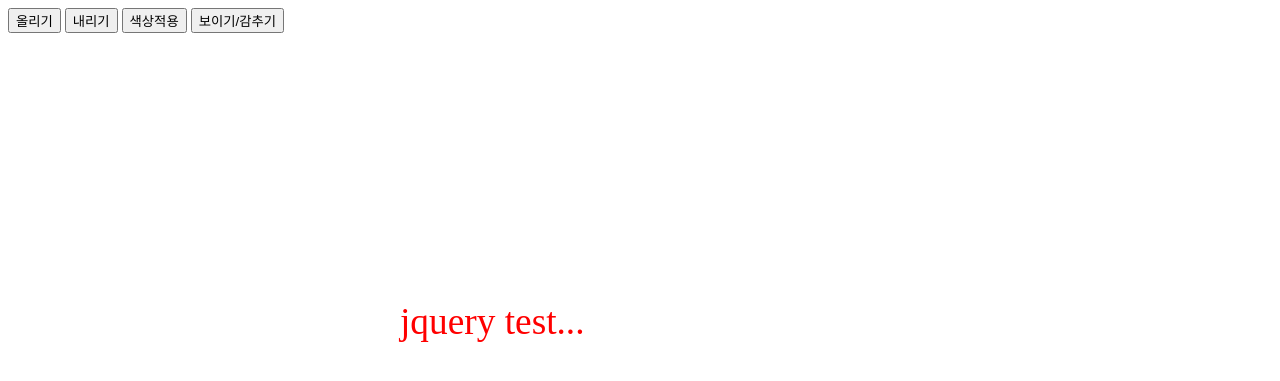
Repository: snowcuphea/webwork_class
Page: clientweb/WebContent/jquery/jquery_effect_test03.html
These files come from the project's save history. The page is drawn as it stood at one moment and after the next save; the edit follows.
The browser window is 1280 px wide. The pictures show the whole page.
After loading, the first visible `#move_down` was clicked once.

Above is the page before, as saved 2020-01-13 06:27:12.

After the next save:
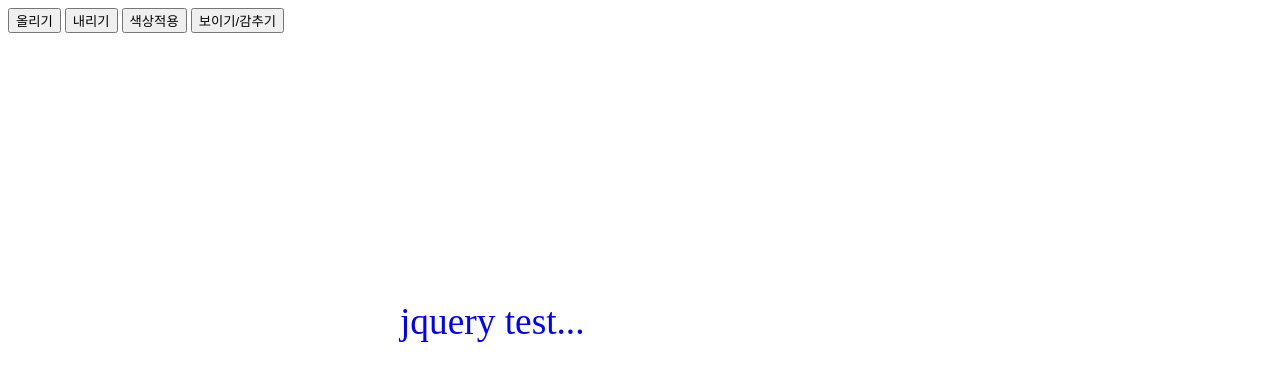
Saved 4 min 21 s later.
--- a/clientweb/WebContent/jquery/jquery_effect_test03.html
+++ b/clientweb/WebContent/jquery/jquery_effect_test03.html
@@ -26,8 +26,19 @@
 			$("#move_down").click(function(){
 				$("#mydiv").animate({top:300},200);
 			});
+			//여러개를 할 때 json의 형태 {} 로
+			$("#move_down").on({"click":function(){
+							$("#mydiv").css("color","blue");
+							} //end function()
+						,"mouseover":test}
+			//콜백으로 연결 가능
 
+			);
 		});
+
+		function test(){
+			alert("마우스오버");
+		}
 	</script>
 
 </head>
